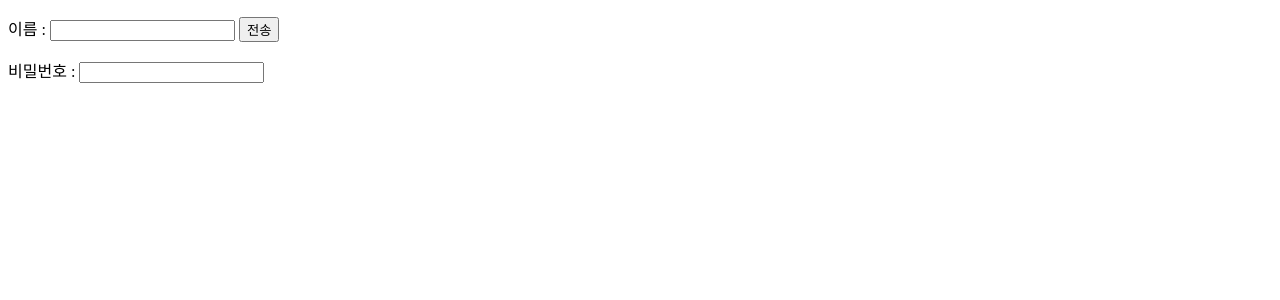
Repository: 6dreamhigh/jsp
Page: http://localhost/JSPBook/ch05/request.jsp
The author's editor kept a copy of each file at every save. The page is drawn from the files as they stood at one save, then again after the next save.
The browser window is 1280 px wide. The pictures show the whole page.
The page is served by Tomcat 9.

Above is the page before, as saved 2024-08-13 01:16:00.

### JSPBook/src/main/webapp/ch05/request.jsp
<%@ page language="java" contentType="text/html; charset=UTF-8"
    pageEncoding="UTF-8"%>
<!DOCTYPE html>
<html>
<head>
<meta charset="UTF-8">
<title>Insert title here</title>
</head>
<body>
	<form action ="process.jsp" method="post">
		<p> 이름 : <input type="text" name="name">
		<input type="submit" value="전송">
		<p> 비밀번호 : <input type="password" name="passwd">



	</form>
</body>
</html>

After the next save:
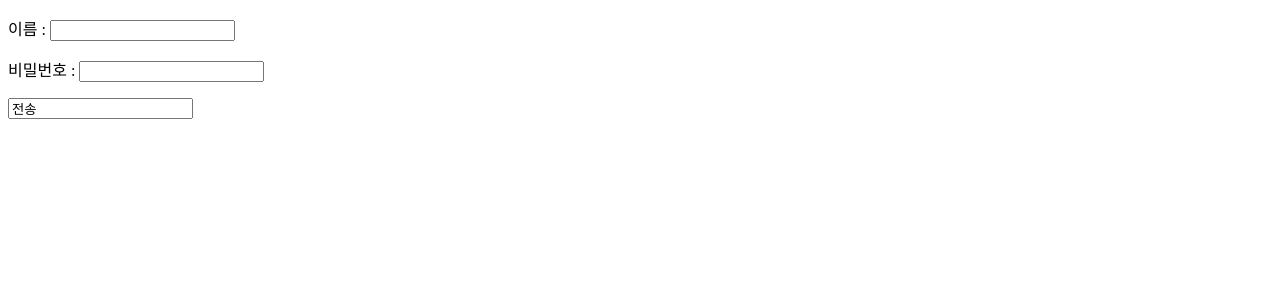
Saved 51 s later.
--- a/JSPBook/src/main/webapp/ch05/request.jsp
+++ b/JSPBook/src/main/webapp/ch05/request.jsp
@@ -9,10 +9,8 @@
 <body>
 	<form action ="process.jsp" method="post">
 		<p> 이름 : <input type="text" name="name">
-		<input type="submit" value="전송">
-		<p> 비밀번호 : <input type="password" name="passwd">
-
-
+		<p> 비밀번호 : <input type="text" name="passwd"></p>
+		<p><input type= submit" value="전송"></p>
 
 	</form>
 </body>
